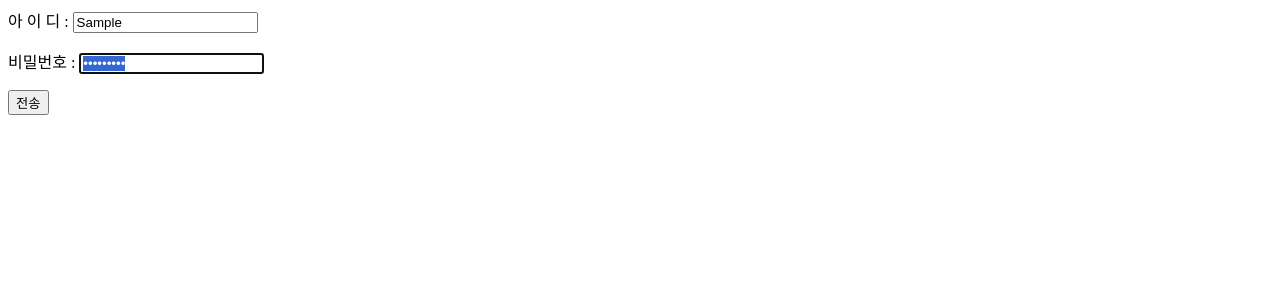
Repository: ramperrit/JSP
Page: http://localhost/JSPBook/Ch08/validation02.jsp
These files come from the project's save history. The page is drawn as it stood at one moment and after the next save; the edit follows.
The browser window is 1280 px wide. The pictures show the whole page.
Empty fields were first filled with sample values (such as "Sample", 5 or name@example.com).
After loading, the first visible `input[onclick="checkLogin()"]` was clicked once.
The page is served by Tomcat 9. Nobody is signed in. The application's start-up code is not run. Other server files are loaded and not shown.

Above is the page before, as saved 2024-02-23 02:53:37.

### JSPBook/src/main/webapp/Ch08/validation02.jsp
<%@ page language="java" contentType="text/html; charset=utf-8"%>
<html>
<head>
<title>Insert title here</title>
</head>
<body>
	<form name="loginForm" action = "validation02_process.jsp" method="post" onsubmit="return false">
		<p> 아 이 디 : <input type="text" name="id">
		<p> 비밀번호 : <input type="password" name="passwd">
		<p> <input type="submit" value="전송" onclick="checkLogin()">
	</form>

	<script>
	function checkLogin(){
		var form = document.loginForm;
		if(form.id.value == ""){
			alert("아이디를 입력해주세요");
			form.id.focus();
			return false;
		}else if(form.id.value.length < 4 || form.id.value.length > 12){
				alert("비밀번호는 4자 이상 12자 미만으로 입력하세요");
				form.id.focus();
				return false;
		}else if (form.passwd.value==""){
			alert("비밀번호를 입력해주세요");
			form.passwd.focus();
			return false;
		}

		for(i=0; i<form.id.value.length;i++){
			var ch = form.id.value.charAt(i);

			if((ch<'a' || ch>'z') && (ch<'A' || ch>'Z') && (ch>'0' || ch<'9')){
				alert("아이디는 영문 소문자만 입력 가능합니다");
				form.id.select();
				return;
			}
		}
		if(isNaN(form.passwd.value)){
			alert("비밀번호는 숫자만 입력가능합니다");
			form.passwd.select();
			return;
		}

		form.submit();
	}
	</script>
</body>
</html>

After the next save:
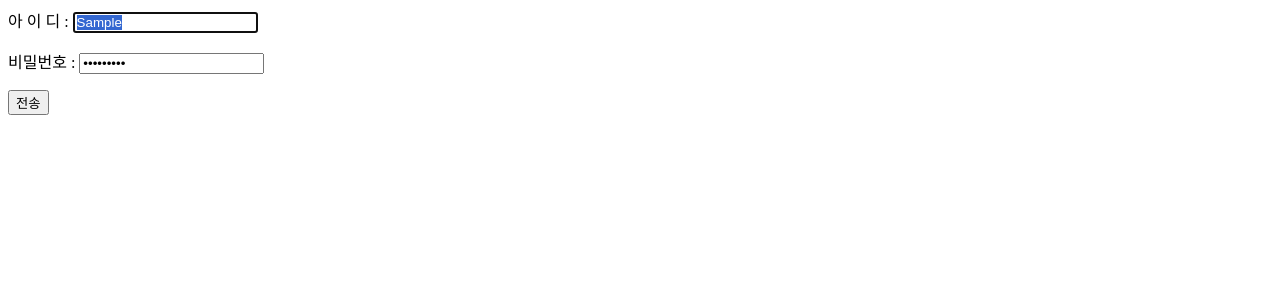
Saved 2 min 19 s later.
--- a/JSPBook/src/main/webapp/Ch08/validation02.jsp
+++ b/JSPBook/src/main/webapp/Ch08/validation02.jsp
@@ -30,7 +30,7 @@
 		for(i=0; i<form.id.value.length;i++){
 			var ch = form.id.value.charAt(i);
 
-			if((ch<'a' || ch>'z') && (ch<'A' || ch>'Z') && (ch>'0' || ch<'9')){
+			if((ch<'a' || ch>'z')){
 				alert("아이디는 영문 소문자만 입력 가능합니다");
 				form.id.select();
 				return;
